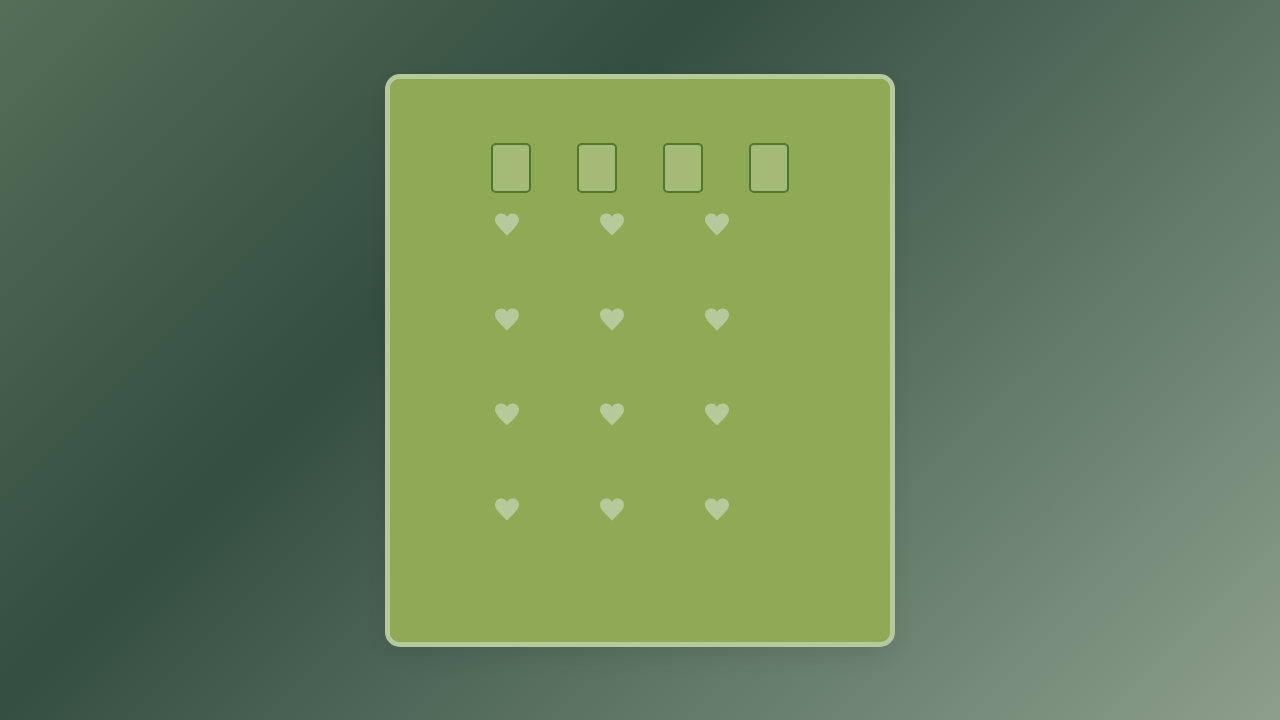
Repository: jahatesu/project-cutie
Page: index.html
These files come from the project's save history. The page is drawn as it stood at one moment and after the next save; the edit follows.
The browser window is 1280 px wide. The pictures show the whole page.
Some web libraries are served in a nearby version.

Above is the page before, as saved 2025-08-14 21:15:59.
Console error: TypeError: Cannot read properties of null (reading 'getBoundingClientRect')

After the next save:
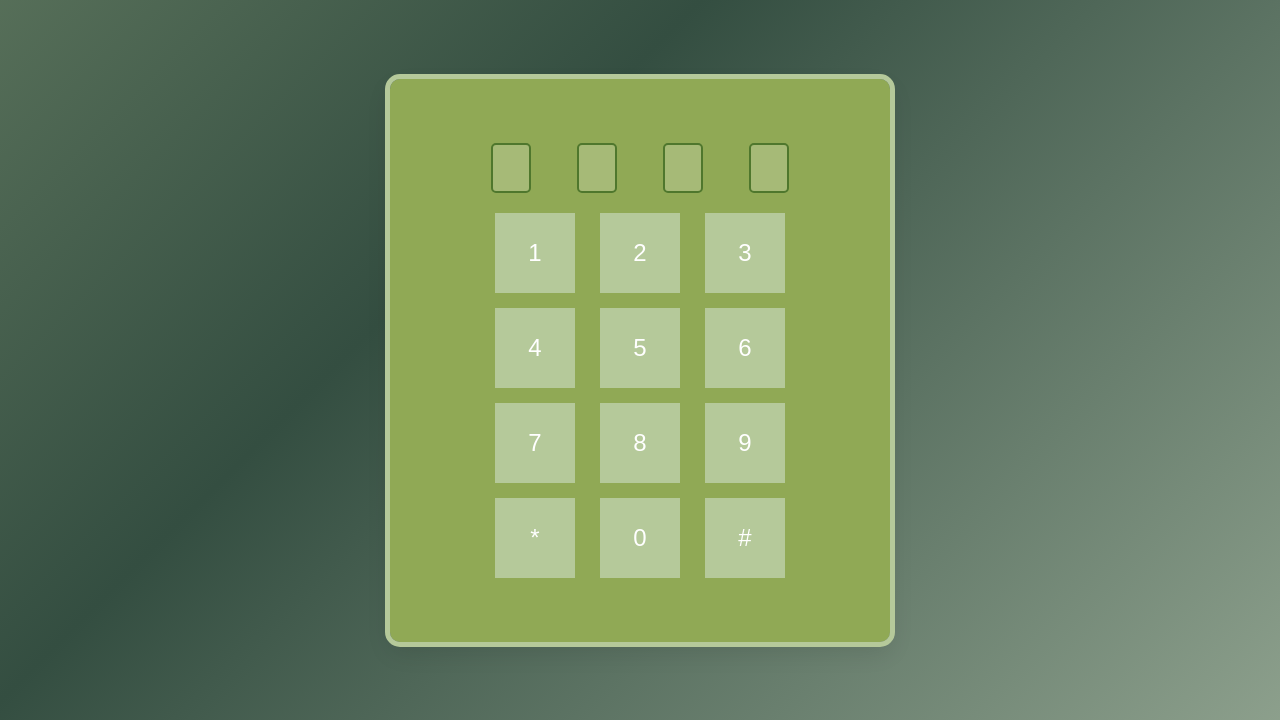
Saved 52 s later.
--- a/style.css
+++ b/style.css
@@ -93,7 +93,6 @@ body {
   border: none;
   cursor: pointer;
   background: #b5c99a;
-  clip-path: path("M12 4.248c-3.148-5.402-12-3.825-12 2.944 0 4.661 5.571 9.427 12 15.808 6.43-6.381 12-11.147 12-15.808 0-6.792-8.875-8.306-12-2.944z");
   transition: transform 0.1s ease;
 }
 
